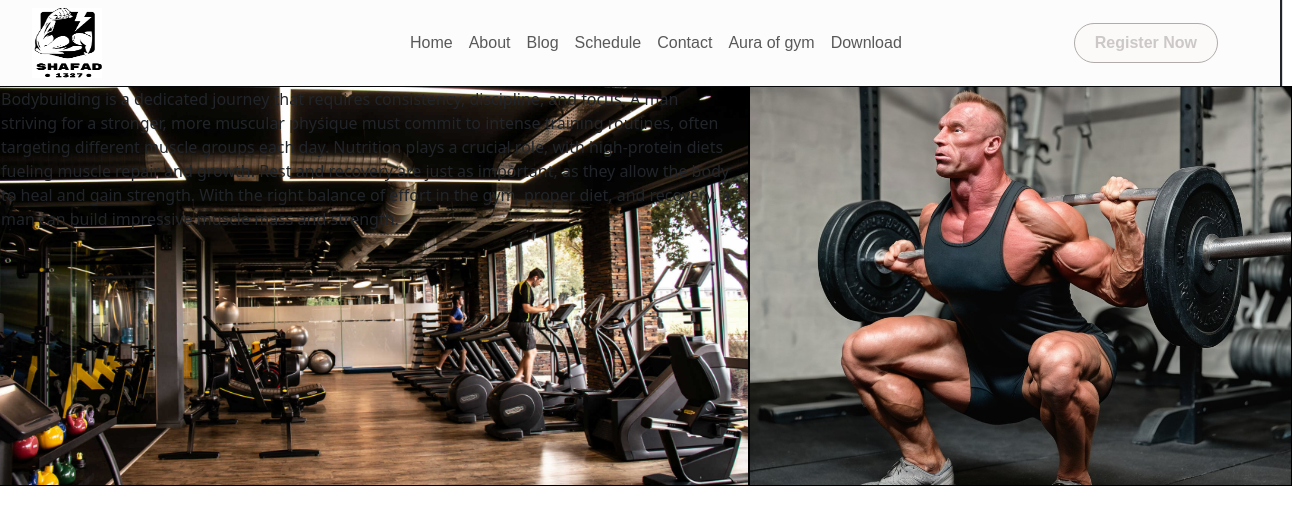
Repository: Daud-shafad/gymwebsite
Page: bootstrap-5.3.3-dist/bootstrap-5.3.3-dist/gym.html
An editor plug-in stored every save of this project. The page is shown before and after the next save, followed by the edit.
The browser window is 1280 px wide. The page is 1292 px wide, so the pictures cover 1292 px, including what lies to the right of the window. The pictures show the whole page.

Above is the page before, as saved 2024-12-28 13:34:47.

After the next save:
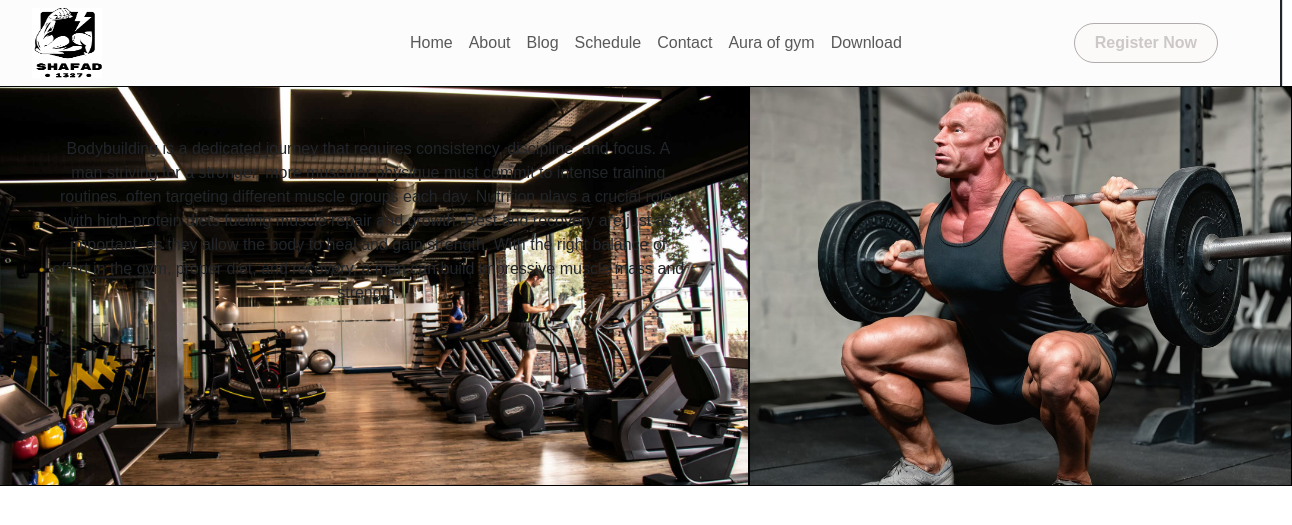
Saved 4 min 18 s later.
--- a/bootstrap-5.3.3-dist/bootstrap-5.3.3-dist/gym.css
+++ b/bootstrap-5.3.3-dist/bootstrap-5.3.3-dist/gym.css
@@ -44,6 +44,13 @@
     border: 1px solid black;
 }
 
+.row .col-7 .p-man-bodybuilding{
+    font-family: sans-serif;
+    font-size: 16px;
+    text-align: center;
+    padding: 50px;
+}
+
 .row .col-5{
     background: url(Gym11.jpg);
     background-position: center;
